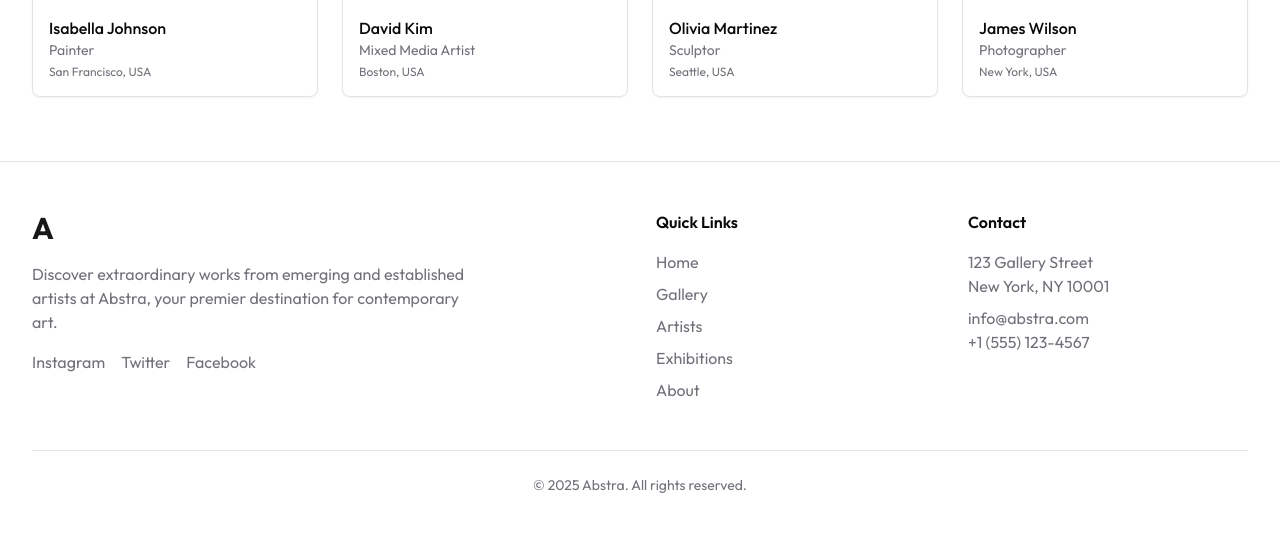
Repository: flow-ctrl369/gallery-cloneX
Page: /artists
An editor plug-in stored every save of this project. The page is shown before and after the next save, followed by the edit.
The browser window is 1280 px wide. The pictures show the part of the page from y = 1176 to 1719 px (the page is 1719 px tall).
The project was rebuilt for these pictures with package versions that can differ from the ones it lists, and the page was loaded fresh each time. The framework's server and built-in components were replaced by stand-ins that run in the browser. Also part of the build but not shown: next.config.mjs.

Above is the page before, as saved 2025-06-02 12:23:40.

After the next save:
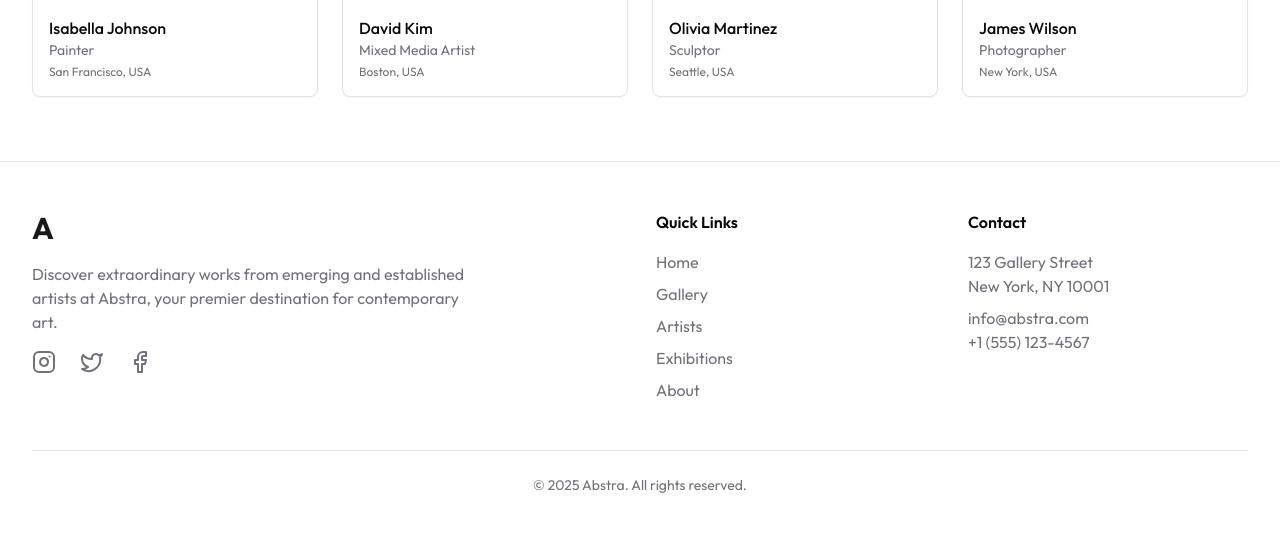
Saved 5 min 21 s later.
--- a/components/footer.tsx
+++ b/components/footer.tsx
@@ -1,5 +1,6 @@
 import Link from "next/link"
 import Logo from "@/components/logo"
+import { Instagram, Twitter, Facebook } from "lucide-react"
 
 export default function Footer() {
   return (
@@ -11,15 +12,18 @@ export default function Footer() {
             <p className="text-muted-foreground mb-4 max-w-md">
               Discover extraordinary works from emerging and established artists at Abstra, your premier destination for contemporary art.
             </p>
-            <div className="flex gap-4">
-              <Link href="#" className="text-muted-foreground hover:text-foreground">
-                Instagram
+            <div className="flex gap-6">
+              <Link href="#" className="text-muted-foreground hover:text-foreground transition-colors">
+                <Instagram className="h-6 w-6" />
+                <span className="sr-only">Instagram</span>
               </Link>
-              <Link href="#" className="text-muted-foreground hover:text-foreground">
-                Twitter
+              <Link href="#" className="text-muted-foreground hover:text-foreground transition-colors">
+                <Twitter className="h-6 w-6" />
+                <span className="sr-only">Twitter</span>
               </Link>
-              <Link href="#" className="text-muted-foreground hover:text-foreground">
-                Facebook
+              <Link href="#" className="text-muted-foreground hover:text-foreground transition-colors">
+                <Facebook className="h-6 w-6" />
+                <span className="sr-only">Facebook</span>
               </Link>
             </div>
           </div>
